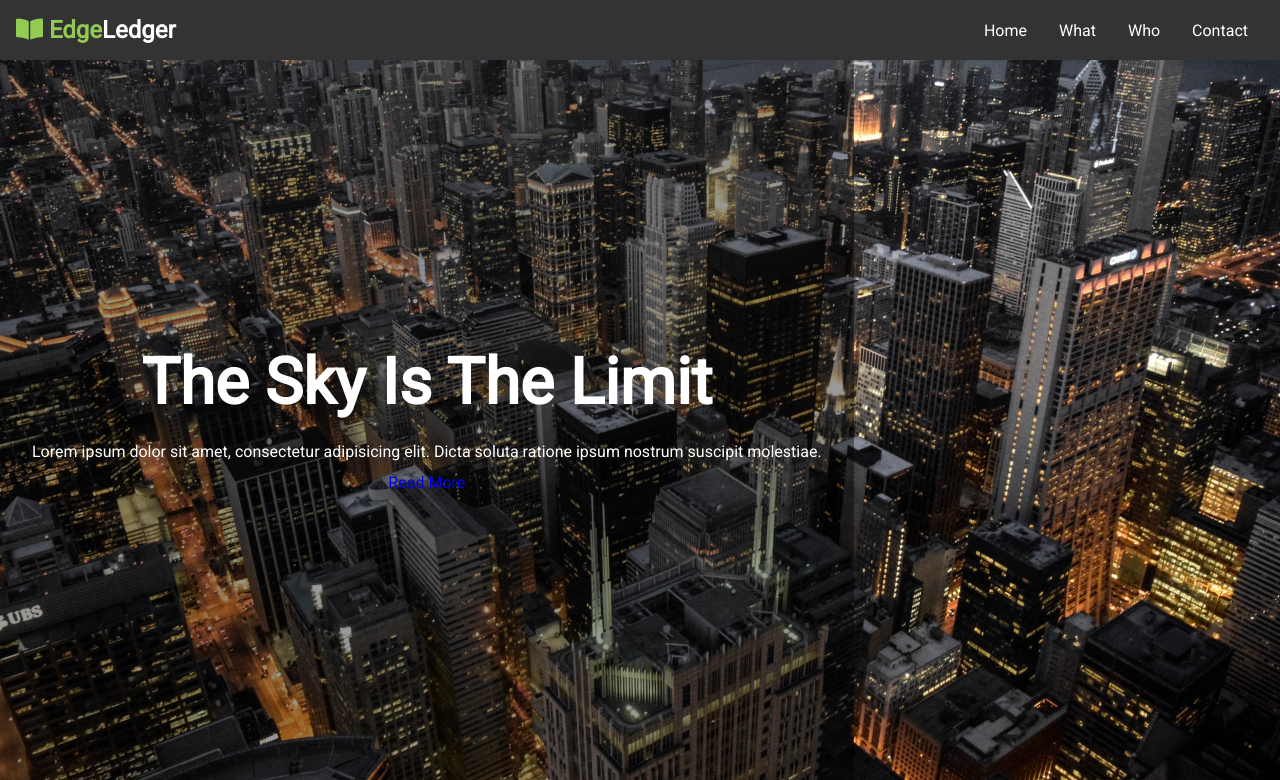
Repository: dimlutine/EdgeLedger
Page: index.html
These files come from the project's save history. The page is drawn as it stood at one moment and after the next save; the edit follows.
The browser window is 1280 px wide. The pictures show the whole page.
Some web libraries are served in a nearby version.

Above is the page before, as saved 2019-07-06 18:56:23.

After the next save:
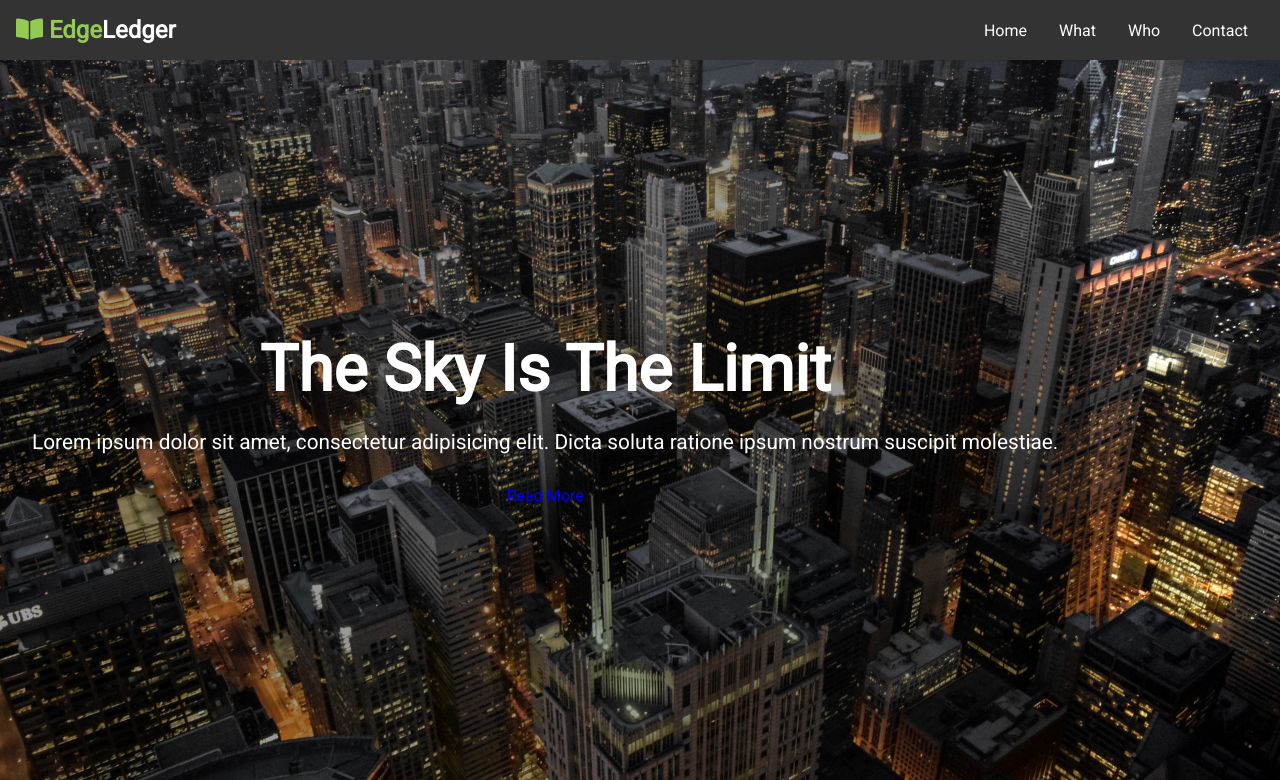
Saved 52 s later.
--- a/css/style.css
+++ b/css/style.css
@@ -27,6 +27,11 @@
     font-size: 4rem;
     margin-bottom: 0.75rem;
     line-height: 1.1;
+}
+
+.lead {
+    font-size: 1.3rem;
+    margin-bottom: 2rem;
 }
 
 
